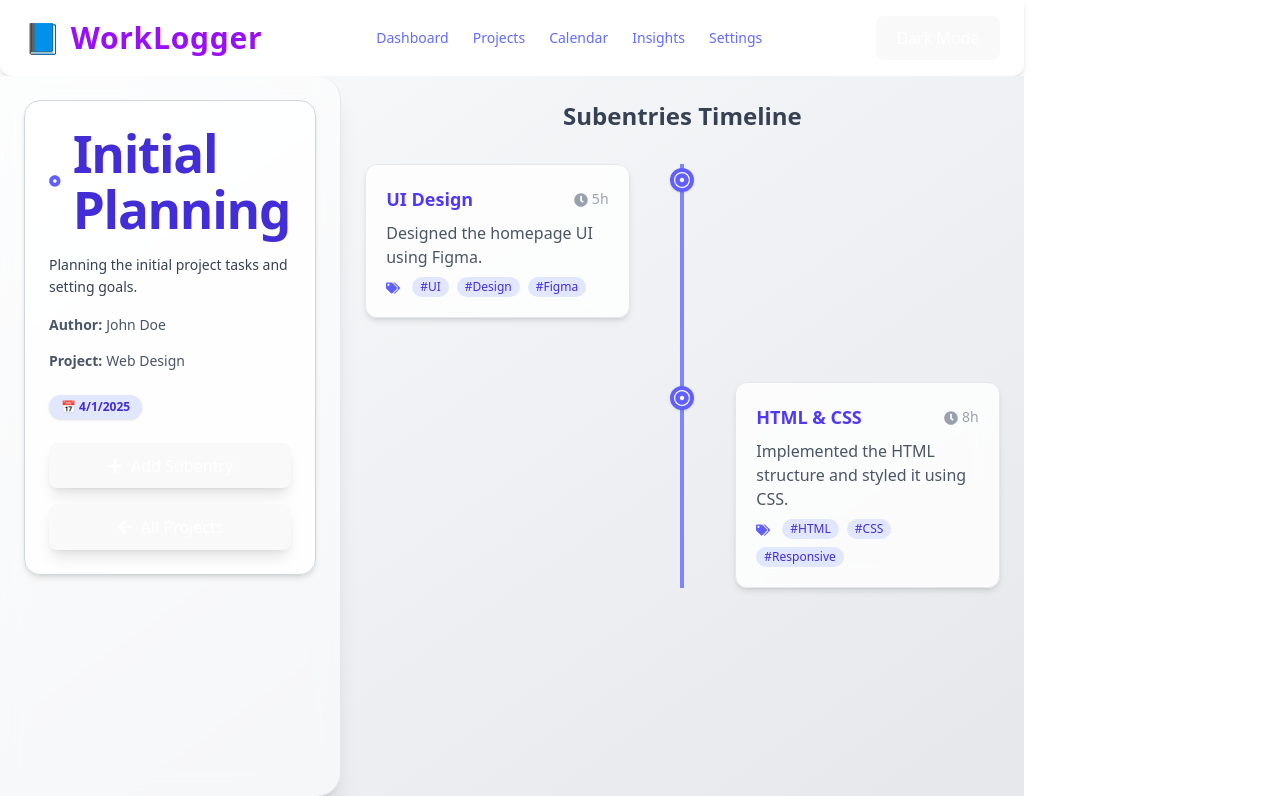
Repository: mohitagrawal0412/Workify
Page: /entryDetails (app in client/)
These files come from the project's save history. The page is drawn as it stood at one moment and after the next save; the edit follows.
The browser window is 1280 px wide. The pictures show the whole page.
The project was rebuilt for these pictures with package versions that can differ from the ones it lists, and the page was loaded fresh each time. Also part of the build but not shown: client/vite.config.js, client/src/Components/Dashboard/Dashboard.jsx, client/src/Components/Dashboard/AllProjects.jsx, client/src/Components/Dashboard/ProjectDetails.jsx, client/src/Components/Dashboard/SubEntryDetails.jsx.

Above is the page before, as saved 2025-04-15 13:56:09.

### client/src/App.jsx
import './App.css';
import { BrowserRouter as Router, Routes, Route } from 'react-router-dom';
import Navbar from './Components/Dashboard/Navbar.jsx'; // Import Navbar component
import Dashboard from './Components/Dashboard/Dashboard';
import AllProjects from './Components/Dashboard/AllProjects'; // Adjust path as needed
import ProjectDetails from './Components/Dashboard/ProjectDetails'; // Add this import for the project details page
import EntryDetails from './Components/Dashboard/EntryDetails'; // Add this import for the entry details page
import SubEntryDetails from './Components/Dashboard/SubEntryDetails';

function App() {
  return (
    <Router>
      {/* Navbar will be displayed across all pages */}
      <Navbar />

      <Routes>
        {/* Route for Dashboard */}
        <Route path="/" element={<Dashboard />} />

        {/* Route for All Projects */}
        <Route path="/projects" element={<AllProjects />} />

        {/* Route for Project Details, assuming we are passing projectId */}
        <Route path="/projectDetails" element={<ProjectDetails />} />

        {/* Route for Entry Details, assuming we are passing entryId */}
        <Route path="/entryDetails" element={<EntryDetails />} />

        {/* Route for SubEntryDetails */}
        <Route path="/SubEntryDetails" element={<SubEntryDetails />} />
      </Routes>
    </Router>
  );
}

export default App;

### client/src/Components/Dashboard/Navbar.jsx
import React, { useState, useEffect } from "react";
import { Link } from "react-router-dom";

const Navbar = () => {
  // State to track dark mode
  const [darkMode, setDarkMode] = useState(false);

  // Toggle dark mode
  const toggleDarkMode = () => {
    setDarkMode(!darkMode);
  };

  // Apply dark mode class to the body
  useEffect(() => {
    if (darkMode) {
      document.body.classList.add("dark");
    } else {
      document.body.classList.remove("dark");
    }
  }, [darkMode]);

  return (
    <nav className="bg-white dark:bg-gray-900 shadow-md px-6 py-4 flex flex-col sm:flex-row sm:items-center sm:justify-between gap-4 rounded-b-xl">
      {/* Logo */}
      <div className="flex items-center space-x-2">
        <span className="text-purple-600 dark:text-purple-400 text-3xl font-extrabold tracking-wide transform hover:scale-105 transition-transform">
          📘 WorkLogger
        </span>
      </div>

      {/* Navigation Links */}
      <div className="flex flex-wrap gap-6 text-gray-700 dark:text-gray-300 text-sm font-medium justify-center sm:justify-start">
        <Link
          to="/"
          className="hover:text-purple-600 dark:hover:text-purple-400 transition-colors duration-300"
        >
          Dashboard
        </Link>
        <Link
          to="/projects"
          className="hover:text-purple-600 dark:hover:text-purple-400 transition-colors duration-300"
        >
          Projects
        </Link>
        <Link
          to="/calendar"
          className="hover:text-purple-600 dark:hover:text-purple-400 transition-colors duration-300"
        >
          Calendar
        </Link>
        <Link
          to="/insights"
          className="hover:text-purple-600 dark:hover:text-purple-400 transition-colors duration-300"
        >
          Insights
        </Link>
        <Link
          to="/settings"
          className="hover:text-purple-600 dark:hover:text-purple-400 transition-colors duration-300"
        >
          Settings
        </Link>
      </div>

      {/* Dark Mode Toggle */}
      <div className="flex justify-center sm:justify-end mt-4 sm:mt-0">
        <button
          onClick={toggleDarkMode}
          className="bg-purple-600 hover:bg-purple-700 text-white px-6 py-2 rounded-lg text-sm font-medium focus:outline-none transform hover:scale-105 transition-all duration-200"
        >
          {darkMode ? "Light Mode" : "Dark Mode"}
        </button>
      </div>
    </nav>
  );
};

export default Navbar;

### client/src/Components/Dashboard/EntryDetails.jsx
import React from "react";
import { useNavigate } from "react-router-dom";
import {
    FaDotCircle,
    FaClock,
    FaTags,
    FaPlus,
    FaArrowLeft
} from "react-icons/fa";

const EntryDetails = () => {
    const navigate = useNavigate();

    const handleEntryClick = (subentry) => {
        navigate("/subEntryDetails", { state: { subentry } });
    };

    const handleAddSubentry = () => {
        navigate("/addSubentry");
    };

    const handleGoToAllProjects = () => {
        navigate("/projects");
    };

    const entry = {
        title: "Initial Planning",
        description: "Planning the initial project tasks and setting goals.",
        date: "2025-04-01",
        subentries: [
            {
                workTitle: "UI Design",
                description: "Designed the homepage UI using Figma.",
                whatLearned: "Learned Figma and design principles for web.",
                tags: ["UI", "Design", "Figma"],
                notes: "Worked with the design team to finalize UI components.",
                attachments: ["https://figma.com/design-url", "homepage_mockup.png"],
                spentTime: 5,
            },
            {
                workTitle: "HTML & CSS",
                description: "Implemented the HTML structure and styled it using CSS.",
                whatLearned: "Improved HTML and CSS skills, including responsive design.",
                tags: ["HTML", "CSS", "Responsive"],
                notes: "Ensured compatibility across different browsers.",
                attachments: ["html_code_snippet.txt", "css_code_snippet.css"],
                spentTime: 8,
            },
        ],
    };

    return (
        <div className="min-h-screen flex flex-col lg:flex-row overflow-hidden bg-gradient-to-br from-gray-50 to-gray-200">
            {/* Left Panel */}
            <div className="w-full lg:w-1/3 lg:sticky top-0 max-h-screen overflow-y-auto p-6 bg-white/50 backdrop-blur-md border-b lg:border-b-0 lg:border-r border-gray-200 shadow-xl lg:rounded-r-3xl transition-all duration-500 ease-in-out">
                <div className="p-6 bg-white/80 border border-gray-300 rounded-2xl shadow-md">
                    <div className="flex items-center gap-3 mb-4">
                        <FaDotCircle className="text-indigo-500 text-xl" />
                        <h1 className="text-3xl font-extrabold text-indigo-700 tracking-tight">
                            {entry.title}
                        </h1>
                    </div>

                    <p className="text-gray-700 mb-4 text-sm leading-relaxed">
                        {entry.description}
                    </p>

                    <div className="flex items-center gap-4 text-sm text-gray-600 mt-4 flex-wrap">
                        <div className="flex items-center gap-1">
                            <span className="font-semibold">Author:</span> John Doe
                        </div>
                        <div className="flex items-center gap-1">
                            <span className="font-semibold">Project:</span> Web Design
                        </div>
                    </div>

                    <div className="mt-6 flex items-center gap-2">
                        <span className="inline-block px-3 py-1 bg-indigo-100 text-indigo-700 text-xs font-semibold rounded-full shadow-sm">
                            📅 {new Date(entry.date).toLocaleDateString()}
                        </span>
                    </div>

                    <div className="mt-6 flex flex-col gap-4">
                        <button
                            onClick={handleAddSubentry}
                            className="w-full flex items-center justify-center gap-2 bg-indigo-600 text-white rounded-lg p-2 shadow-lg hover:bg-indigo-700 transition duration-300"
                        >
                            <FaPlus className="text-white" />
                            Add Subentry
                        </button>
                        <button
                            onClick={handleGoToAllProjects}
                            className="w-full flex items-center justify-center gap-2 bg-gray-600 text-white rounded-lg p-2 shadow-lg hover:bg-gray-700 transition duration-300"
                        >
                            <FaArrowLeft className="text-white" />
                            All Projects
                        </button>
                    </div>
                </div>
            </div>

            {/* Right Panel */}
            <div className="w-full lg:w-2/3 p-6 overflow-y-auto">
                <h2 className="text-2xl font-semibold text-gray-700 mb-8 text-center">
                    Subentries Timeline
                </h2>

                <div className="relative">
                    <div className="absolute left-1/2 transform -translate-x-1/2 h-full border-l-4 border-indigo-400"></div>

                    <div className="space-y-16">
                        {entry.subentries.map((sub, index) => {
                            const isLeft = index % 2 === 0;
                            return (
                                <div
                                    key={index}
                                    className={`relative flex ${isLeft ? "justify-start" : "justify-end"} w-full`}
                                    onClick={() => handleEntryClick(sub)}
                                >
                                    <div className="absolute top-1 left-1/2 transform -translate-x-1/2 z-10">
                                        <div className="w-6 h-6 bg-white border-4 border-indigo-500 rounded-full flex items-center justify-center shadow">
                                            <FaDotCircle className="text-indigo-500 text-sm" />
                                        </div>
                                    </div>

                                    <div
                                        className={`w-5/6 md:w-5/12 p-5 bg-white/80 backdrop-blur-md border border-gray-200 rounded-xl shadow-md hover:shadow-xl transition-all duration-300 cursor-pointer ${isLeft ? "mr-auto" : "ml-auto"
                                            }`}
                                    >
                                        <div className="flex justify-between items-center mb-2">
                                            <h3 className="text-lg font-semibold text-indigo-600">
                                                {sub.workTitle}
                                            </h3>
                                            <span className="text-sm text-gray-400">
                                                <FaClock className="inline mr-1" />
                                                {sub.spentTime}h
                                            </span>
                                        </div>

                                        <p className="text-gray-600 mb-2">{sub.description}</p>

                                        {sub.tags?.length > 0 && (
                                            <div className="text-sm text-gray-700 flex flex-wrap gap-2">
                                                <FaTags className="text-indigo-500 mt-1 mr-1" />
                                                {sub.tags.map((tag, i) => (
                                                    <span
                                                        key={i}
                                                        className="bg-indigo-100 text-indigo-700 px-2 py-0.5 rounded-full text-xs"
                                                    >
                                                        #{tag}
                                                    </span>
                                                ))}
                                            </div>
                                        )}
                                    </div>
                                </div>
                            );
                        })}
                    </div>
                </div>
            </div>
        </div>
    );
};

export default EntryDetails;

Loaded but not shown: client/index.html (common file); client/src/main.jsx (common file); client/src/index.css (common file); client/src/App.css (common file)

After the next save:
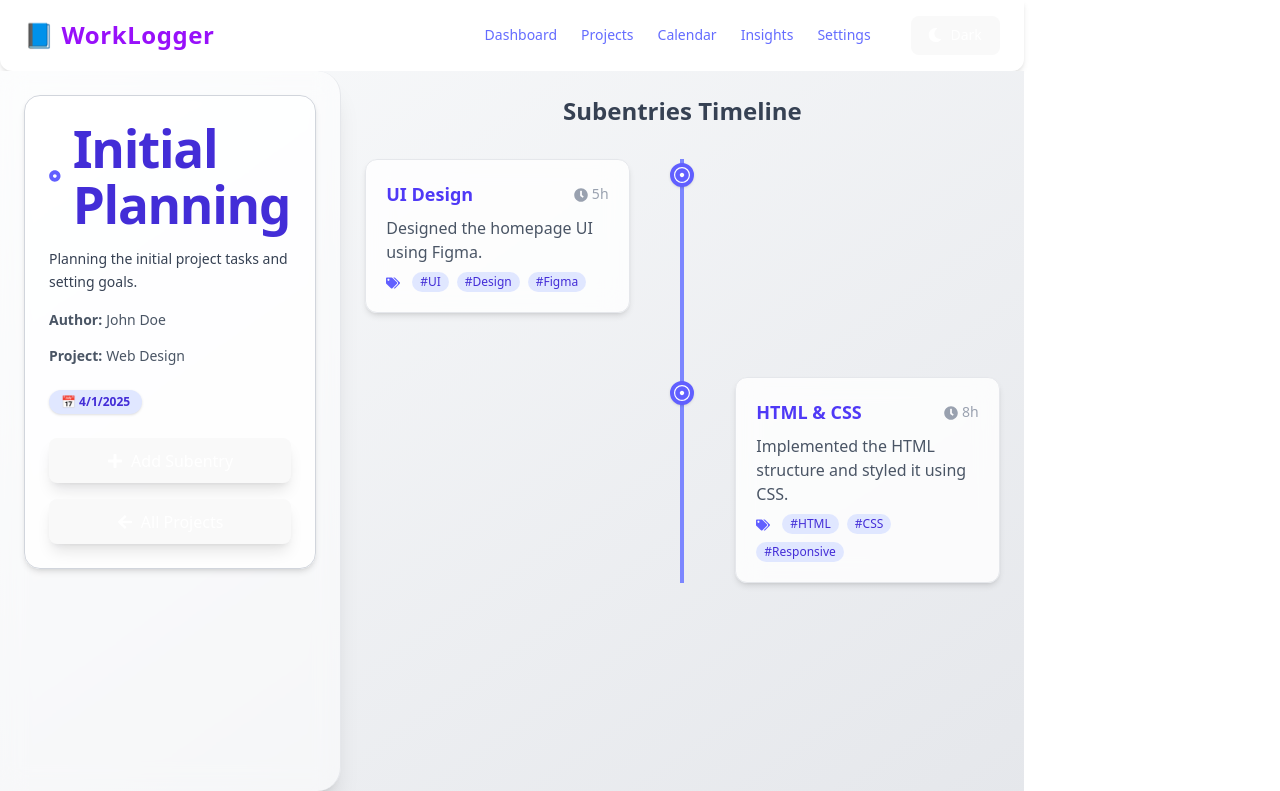
Saved 3 min 4 s later.
--- a/client/src/Components/Dashboard/Navbar.jsx
+++ b/client/src/Components/Dashboard/Navbar.jsx
@@ -1,16 +1,14 @@
 import React, { useState, useEffect } from "react";
 import { Link } from "react-router-dom";
+import { FaMoon, FaSun, FaBars, FaTimes } from "react-icons/fa";
 
 const Navbar = () => {
-  // State to track dark mode
   const [darkMode, setDarkMode] = useState(false);
+  const [isMenuOpen, setIsMenuOpen] = useState(false);
 
-  // Toggle dark mode
-  const toggleDarkMode = () => {
-    setDarkMode(!darkMode);
-  };
+  const toggleDarkMode = () => setDarkMode(!darkMode);
+  const toggleMenu = () => setIsMenuOpen(!isMenuOpen);
 
-  // Apply dark mode class to the body
   useEffect(() => {
     if (darkMode) {
       document.body.classList.add("dark");
@@ -20,57 +18,90 @@ const Navbar = () => {
   }, [darkMode]);
 
   return (
-    <nav className="bg-white dark:bg-gray-900 shadow-md px-6 py-4 flex flex-col sm:flex-row sm:items-center sm:justify-between gap-4 rounded-b-xl">
-      {/* Logo */}
-      <div className="flex items-center space-x-2">
-        <span className="text-purple-600 dark:text-purple-400 text-3xl font-extrabold tracking-wide transform hover:scale-105 transition-transform">
+    <nav className="bg-white dark:bg-gray-900 shadow-md px-6 py-4 rounded-b-xl">
+      <div className="flex items-center justify-between">
+        {/* Logo */}
+        <span className="text-purple-600 dark:text-purple-400 text-2xl font-extrabold tracking-wide transform hover:scale-105 transition-transform">
           📘 WorkLogger
         </span>
+
+        {/* Hamburger Button */}
+        <button
+          className="sm:hidden text-gray-700 dark:text-gray-300 text-2xl focus:outline-none"
+          onClick={toggleMenu}
+        >
+          {isMenuOpen ? <FaTimes /> : <FaBars />}
+        </button>
+
+        {/* Desktop Menu */}
+        <div className="hidden sm:flex items-center space-x-6 text-sm font-medium text-gray-700 dark:text-gray-300">
+          <Link to="/" className="hover:text-purple-600 dark:hover:text-purple-400">Dashboard</Link>
+          <Link to="/projects" className="hover:text-purple-600 dark:hover:text-purple-400">Projects</Link>
+          <Link to="/calendar" className="hover:text-purple-600 dark:hover:text-purple-400">Calendar</Link>
+          <Link to="/insights" className="hover:text-purple-600 dark:hover:text-purple-400">Insights</Link>
+          <Link to="/settings" className="hover:text-purple-600 dark:hover:text-purple-400">Settings</Link>
+
+          <button
+            onClick={toggleDarkMode}
+            className="ml-4 text-white bg-purple-600 hover:bg-purple-700 px-3 py-2 rounded-lg transition-all duration-200 flex items-center gap-2"
+          >
+            {darkMode ? <FaSun /> : <FaMoon />}
+            {darkMode ? "Light" : "Dark"}
+          </button>
+        </div>
       </div>
 
-      {/* Navigation Links */}
-      <div className="flex flex-wrap gap-6 text-gray-700 dark:text-gray-300 text-sm font-medium justify-center sm:justify-start">
-        <Link
-          to="/"
-          className="hover:text-purple-600 dark:hover:text-purple-400 transition-colors duration-300"
-        >
-          Dashboard
-        </Link>
-        <Link
-          to="/projects"
-          className="hover:text-purple-600 dark:hover:text-purple-400 transition-colors duration-300"
-        >
-          Projects
-        </Link>
-        <Link
-          to="/calendar"
-          className="hover:text-purple-600 dark:hover:text-purple-400 transition-colors duration-300"
-        >
-          Calendar
-        </Link>
-        <Link
-          to="/insights"
-          className="hover:text-purple-600 dark:hover:text-purple-400 transition-colors duration-300"
-        >
-          Insights
-        </Link>
-        <Link
-          to="/settings"
-          className="hover:text-purple-600 dark:hover:text-purple-400 transition-colors duration-300"
-        >
-          Settings
-        </Link>
-      </div>
+      {/* Mobile Menu */}
+      {isMenuOpen && (
+        <div className="sm:hidden mt-4 space-y-3 text-center text-gray-700 dark:text-gray-300 text-sm font-medium">
+          <Link
+            to="/"
+            onClick={toggleMenu}
+            className="block hover:text-purple-600 dark:hover:text-purple-400"
+          >
+            Dashboard
+          </Link>
+          <Link
+            to="/projects"
+            onClick={toggleMenu}
+            className="block hover:text-purple-600 dark:hover:text-purple-400"
+          >
+            Projects
+          </Link>
+          <Link
+            to="/calendar"
+            onClick={toggleMenu}
+            className="block hover:text-purple-600 dark:hover:text-purple-400"
+          >
+            Calendar
+          </Link>
+          <Link
+            to="/insights"
+            onClick={toggleMenu}
+            className="block hover:text-purple-600 dark:hover:text-purple-400"
+          >
+            Insights
+          </Link>
+          <Link
+            to="/settings"
+            onClick={toggleMenu}
+            className="block hover:text-purple-600 dark:hover:text-purple-400"
+          >
+            Settings
+          </Link>
 
-      {/* Dark Mode Toggle */}
-      <div className="flex justify-center sm:justify-end mt-4 sm:mt-0">
-        <button
-          onClick={toggleDarkMode}
-          className="bg-purple-600 hover:bg-purple-700 text-white px-6 py-2 rounded-lg text-sm font-medium focus:outline-none transform hover:scale-105 transition-all duration-200"
-        >
-          {darkMode ? "Light Mode" : "Dark Mode"}
-        </button>
-      </div>
+          <button
+            onClick={() => {
+              toggleDarkMode();
+              toggleMenu();
+            }}
+            className="mt-2 text-white bg-purple-600 hover:bg-purple-700 px-4 py-2 rounded-lg transition-all duration-200 flex items-center gap-2 mx-auto"
+          >
+            {darkMode ? <FaSun /> : <FaMoon />}
+            {darkMode ? "Light Mode" : "Dark Mode"}
+          </button>
+        </div>
+      )}
     </nav>
   );
 };
